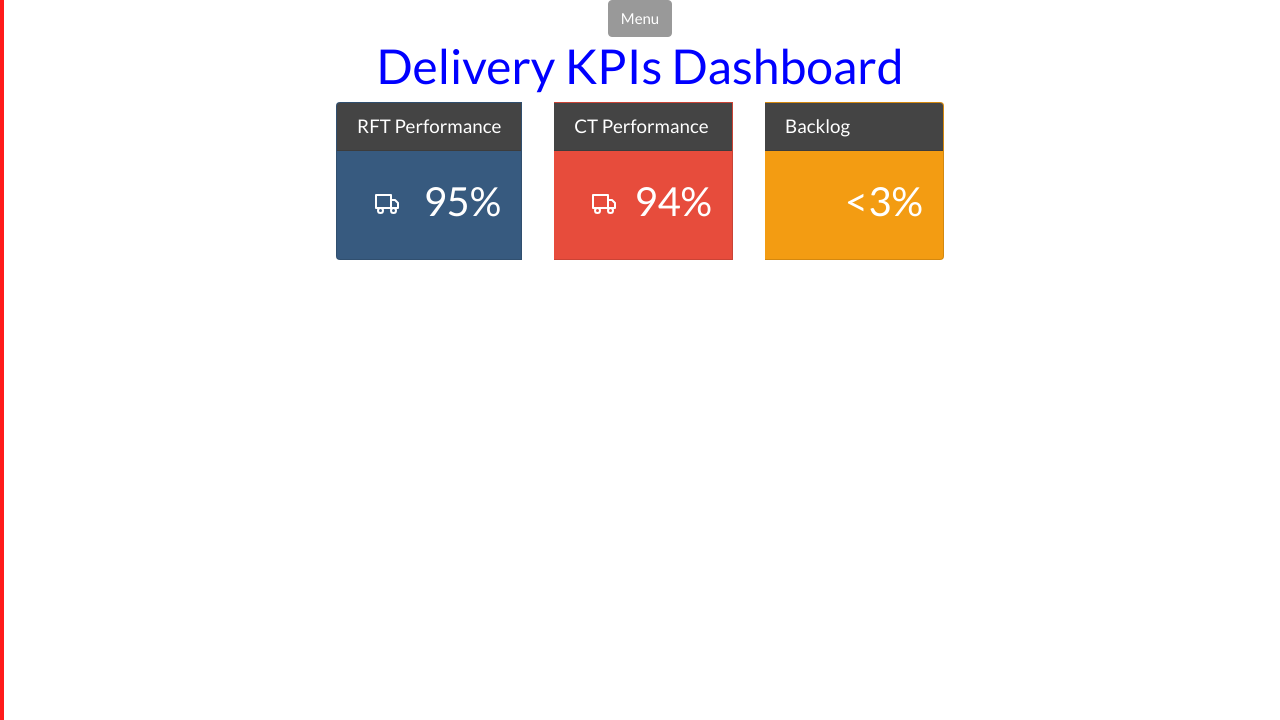
Repository: valenovi76/Delivery-Dashboard
Page: Index.html
The author's editor kept a record of every edit. The page is drawn from the files as they stood at one moment, then again after the next edit.
The browser window is 1280 px wide. The pictures show the whole page.
Some icons come from a web library that is not loaded, so they are not drawn. Some web libraries are served in a nearby version.

Above is the page before.
Console error: TypeError: Cannot read properties of null (reading 'textContent')

### Index.html
<!DOCTYPE html>
<html lang="en">
<head>
    <meta charset="UTF-8">
    <meta name="viewport" content="width=device-width, initial-scale=1.0">
    <meta http-equiv="X-UA-Compatible" content="ie=edge">

    <link rel="stylesheet" href="static/css/bootstrap.min.css" type="text/css" />
    <link rel="stylesheet" href="static/css/dc.min.css" type="text/css" />
    <link href="vendor/fontawesome-free/css/all.min.css" rel="stylesheet" type="text/css">
    <script type="text/javascript" src="static/js/d3.min.js"></script>
    <script type="text/javascript" src="static/js/crossfilter.min.js"></script>
    <script type="text/javascript" src="static/js/dc.min.js"></script>
    <script type="text/javascript" src="static/js/queue.min.js"></script>
    <script type="text/javascript" src="static/js/graphs.js"></script>
    <script src="https://ajax.googleapis.com/ajax/libs/jquery/1.11.3/jquery.min.js"></script>
    <script src="http://maxcdn.bootstrapcdn.com/bootstrap/3.3.4/js/bootstrap.min.js"></script>
    <link rel="stylesheet" href="static/css/style.css" type="text/css" />
    <title>Daily Delivery Dashboard</title>

</head>
<body>

    <div id="wrapper">

        <!-- Sidebar -->
        <div id="sidebar-wrapper">
            <ul class="sidebar-nav">
                <li><a href="#">RFT Performance</a></li>
                <li><a href="#">CT Performance</a></li>
                <li><a href="#">Backlog</a></li>
                <li><a href="#">Data Tables Downloads</a></li>
            </ul>
        </div>

        <!-- Page content -->
        <div id="page-content-wrapper bg-white">
            <div class="container-fluid">
                <div class="header text-center">

                    <a href="#" class="btn btn-light" id="menu-toggle">Menu</a>
                    <h1>Delivery KPIs Dashboard</h1>
                </div>
                <div class="row">
                    <div class="col-lg-12">


                            <div class="row">

                              <div class="card-group mx-auto">
                                    <div class="card flex-fill bg-primary text-white mx-3">
                											<div class="card-header">
                												<h5 class="card-title text-white mb-0">RFT Performance</h5>
                											</div>
                    											<div class="card-body py-3">
                    												<div class="row no-gutters">
                    													<div class="col-4 align-self-center text-left">
                    														<div class="icon icon-primary">
                    															<svg xmlns="http://www.w3.org/2000/svg" width="24" height="24" viewBox="0 0 24 24" fill="none" stroke="currentColor" stroke-width="2" stroke-linecap="round" stroke-linejoin="round" class="feather feather-truck align-middle"><rect x="1" y="3" width="15" height="13"></rect><polygon points="16 8 20 8 23 11 23 16 16 16 16 8"></polygon><circle cx="5.5" cy="18.5" r="2.5"></circle><circle cx="18.5" cy="18.5" r="2.5"></circle></svg>
                    														</div>
                    													</div>
                    													<div class="col-8 align-self-center text-right">

                    														<h2 class="text-white">95%</h2>
                    													</div>
                    												</div>
                    											</div>
                    										</div>
                                    <div class="card flex-fill bg-danger text-white mx-3">
                											<div class="card-header">
                												<h5 class="card-title text-white mb-0">CT Performance</h5>
                											</div>
                    											<div class="card-body py-3">
                    												<div class="row no-gutters">
                    													<div class="col-4 align-self-center text-left">
                    														<div class="icon icon-primary">
                    															<svg xmlns="http://www.w3.org/2000/svg" width="24" height="24" viewBox="0 0 24 24" fill="none" stroke="currentColor" stroke-width="2" stroke-linecap="round" stroke-linejoin="round" class="feather feather-truck align-middle"><rect x="1" y="3" width="15" height="13"></rect><polygon points="16 8 20 8 23 11 23 16 16 16 16 8"></polygon><circle cx="5.5" cy="18.5" r="2.5"></circle><circle cx="18.5" cy="18.5" r="2.5"></circle></svg>
                    														</div>
                    													</div>
                    													<div class="col-8 align-self-center text-right">
                    														<h2 class="text-white">94%</h2>
                    													</div>
                    												</div>
                    											</div>
                    										</div>
                                    <div class="card flex-fill bg-warning text-white mx-3">
                											<div class="card-header">
                												<h5 class="card-title text-white mb-0">Backlog</h5>
                											</div>
                    											<div class="card-body py-3">
                    												<div class="row no-gutters">
                    													<div class="col-4 align-self-center text-left">
                    														<div class="icon icon-primary">
                    														    <i class="far fa-check-square"></i>
                    														</div>
                    													</div>
                    													<div class="col-8 align-self-center text-right">
                    														<h2 class="text-white"> <3% </h2>
                    													</div>
                    												</div>
                    											</div>
                    										</div
                              </div>
                            </div>
                    </div>
                </div>
            </div>
        </div>

    </div>

    <!-- Menu toggle script -->
    <script>
        $("#menu-toggle").click( function (e){
            e.preventDefault();
            $("#wrapper").toggleClass("menuDisplayed");
        });
    </script>

</body>
</html>

### static/js/graphs.js
//load data
queue()
.defer(d3.csv, "/data/orders.csv")
.await(makeGraphs);


// Make graphs function
function makeGraphs(error, orderData) {

    var ndx = crossfilter(orderData);


orderData.forEach(function(d){
d.CT_Ex_Delayed_Days=parseInt(d.CT_Ex_Delayed_Days)})




    show_wip_group_selector(ndx);
    show_product_selector(ndx);
    show_project_selector(ndx);
    show_created(ndx);
    show_completed(ndx);
    show_order_order_type(ndx);
    show_ct_avg(ndx);
    show_SLT_perf(ndx);
    show_ontime_late(ndx);
    show_percent_RFT_OnTime(ndx);
    show_percent_CT_Pass(ndx);
    show_monthly_delivery(ndx);



    dc.renderAll();
}


//Selector js
function show_wip_group_selector(ndx){
    var dim = ndx.dimension(dc.pluck('Channel'));
    var group = dim.group();
    var select = dc.selectMenu("#wip_group_selector")
        .dimension(dim)
        .group(group);

}
function show_product_selector(ndx){
    var dim = ndx.dimension(dc.pluck('Product'));
    var group = dim.group();
    var select = dc.selectMenu("#product_selector")
        .dimension(dim)
        .group(group);

}
function show_project_selector(ndx){
    var dim=ndx.dimension(dc.pluck('Project'));
    var group= dim.group();
    var select = dc.selectMenu("#project_selector")
        .dimension(dim)
        .group(group);

}

// KPIS values -RFT %

function show_percent_RFT_OnTime(ndx) {
    var percentageThatAreOnTime = ndx.groupAll().reduce(
        function(p, v) {
            p.total++;
                if(v.On_Time === "On-Time") {
                    p.match++;
                }
                return p;
            },
            function (p, v) {
                p.total--;
                if(v.On_Time === "On-Time") {
                    p.match--;
                }
                return p;
            },
            function () {
                return {total: 0, match: 0};
            }
    );

    dc.numberDisplay("#RFTPerc")
        .formatNumber(d3.format(".1%"))
        .valueAccessor(function (d) {
            if (d.count == 0) {
                return 0;
            } else {
                return ( d.match/d.total );
            }
        })
        .group(percentageThatAreOnTime)
}

// KPIS values - CT %

function show_percent_CT_Pass(ndx) {
    var percentageThatArePassed = ndx.groupAll().reduce(
        function(p, v) {
            p.total++;
                if(v.SLT_Status === "Pass") {
                    p.match++;
                }
                return p;
            },
            function (p, v) {
                p.total--;
                if(v.SLT_Status === "Pass") {
                    p.match--;
                }
                return p;
            },
            function () {
                return {total: 0, match: 0};
            }
    );

    dc.numberDisplay("#CTPerc")
        .formatNumber(d3.format(".1%"))
        .valueAccessor(function (d) {
            if (d.count == 0) {
                return 0;
            } else {
                return ( d.match/d.total );
            }
        })
        .group(percentageThatArePassed)
}

//KPIS values - Monthly deliveries
function show_monthly_delivery(ndx){
    var avgMonthlyDeliveries = ndx.groupAll().reduce(
        function(p, v) {
            p.total++;
                if(v.Order_Status === "Completed") {
                    p.match++;
                }
                return p;
            },
            function (p, v) {
                p.total--;
                if(v.Order_Status === "Completed") {
                    p.match--;
                }
                return p;
            },
            function () {
                return {total: 0, match: 0};
            }
    );

    dc.numberDisplay("#avg_monthly_delivery")
        .formatNumber(d3.format(".1f"))
        .valueAccessor(function (d) {
            if (d.total == 0) {
                return 0;
            } else {
                return ( d.match/6 );
            }
        })
        .group(avgMonthlyDeliveries)
}


//created line js
function show_created(ndx) {
var dim = ndx.dimension(dc.pluck('Created_Month'));
var group =dim.group();

dc.lineChart("#created")
.width(400)
.height(300)
.margins({top: 30, right: 40, bottom: 50, left: 50})
.dimension(dim)
.group(group)
.transitionDuration(500)
.x(d3.scale.ordinal())
.xUnits(dc.units.ordinal)
.elasticY(true)
.xAxisLabel("FY 2019-2020 Month")
.yAxis().ticks(20);
 }

//completed line js
function show_completed(ndx) {
var dim = ndx.dimension(dc.pluck('Completed_Month'));
var group = dim.group();

dc.lineChart("#completed")

.width(400)
.height(300)
.margins({top: 30, right: 40, bottom: 50, left: 50})
.dimension(dim)
.group(group)
.transitionDuration(500)
.x(d3.scale.ordinal())
.xUnits(dc.units.ordinal)
.elasticY(true)
.xAxisLabel("FY 2019-2020 Month")
.yAxis().ticks(20);
 }

//WIP pie js
function show_order_order_type(ndx) {
    var dim = ndx.dimension(dc.pluck('Order_Type'));
    var group = dim.group();


    dc.pieChart("#order_type")

        .width(400)
        .height(300)
        .slicesCap(4)
        .innerRadius(100)
        .dimension(dim)
        .group(group)
        .legend(dc.legend())

}
//CT Avg line js
function show_ct_avg(ndx){
var dim = ndx.dimension(dc.pluck("Completed_Month"));

function add_item(p,v){
p.count ++;
p.total += v.CT_Ex_Delayed_Days;
p.average = p.total/p.count;
return p;
}
function remove_item(p,v){
p.count--;
if(p.count==0){
p.total=0;
p.average=0;}else{
p.total -= v.CT_Ex_Delayed_Days;
p.average = p.total/p.count;
}
return p;
}
function initialise(){
    return{count:0, total:0, average:0};
}


var group= dim.group().reduce(add_item,remove_item,initialise);


dc.lineChart("#ct_avg")
.width(400)
.height(300)
.margins({top: 10, right: 50, bottom: 30, left: 50})
.dimension(dim)
.group(group)
.valueAccessor(function(d){
return d.value.average})
.transitionDuration(500)
.x(d3.scale.ordinal())
.xUnits(dc.units.ordinal)
.elasticY(true)
.xAxisLabel("FY 2019-2020 Month")
.yAxis().ticks(20);

}
//CT perf js
function show_SLT_perf(ndx){

    function SLTPerfByMonth(dimension, SLT_Status) {
        return dimension.group().reduce(
            function (p, v) {
                p.total++;
                if(v.SLT_Status == SLT_Status) {
                    p.match++;
                }
                return p;
            },
            function (p, v) {
                p.total--;
                if(v.SLT_Status == SLT_Status) {
                    p.match--;
                }
                return p;
            },
            function () {
                return {total: 0, match: 0};
            }
        );
    }

    var dim = ndx.dimension(dc.pluck("Completed_Month"));
    var PassByMonth = SLTPerfByMonth(dim, "Pass");
    var FailByMonth = SLTPerfByMonth(dim, "Fail");

    dc.barChart("#ct_perf")
        .width(400)
        .height(300)
        .dimension(dim)
        .group(PassByMonth, "Pass")
        .stack(FailByMonth, "Fail")
        .valueAccessor(function(d) {
            if(d.value.total > 0) {
                return (d.value.match / d.value.total) * 100;
            } else {
                return 0;
            }
        })
        .x(d3.scale.ordinal())
        .xUnits(dc.units.ordinal)
        .legend(dc.legend().x(320).y(20).itemHeight(15).gap(5))
        .margins({top: 10, right: 100, bottom: 30, left: 30});
}

  //On time vs Late stacked-bars graph

   function show_ontime_late(ndx) {

    function RFTPerfByMonth(dimension, On_Time) {
        return dimension.group().reduce(
            function (p, v) {
                p.total++;
                if(v.On_Time == On_Time) {
                    p.match++;
                }
                return p;
            },
            function (p, v) {
                p.total--;
                if(v.On_Time == On_Time) {
                    p.match--;
                }
                return p;
            },
            function () {
                return {total: 0, match: 0};
            }
        );
    }

    var dim = ndx.dimension(dc.pluck("Completed_Month"));
    var OnTimeByMonth = RFTPerfByMonth(dim, "On-Time");
    var LateByMonth = RFTPerfByMonth(dim, "Late");

    dc.barChart("#ontime_perf")
        .width(400)
        .height(300)
        .dimension(dim)
        .group(OnTimeByMonth, "On-Time")
        .stack(LateByMonth, "Late")
        .valueAccessor(function(d) {
            if(d.value.total > 0) {
                return (d.value.match / d.value.total) * 100;
            } else {
                return 0;
            }
        })
        .x(d3.scale.ordinal())
        .xUnits(dc.units.ordinal)
        .legend(dc.legend().x(320).y(20).itemHeight(15).gap(5))
        .margins({top: 10, right: 100, bottom: 30, left: 30});
   }

### static/css/style.css
/*Body*/
.page-content-wrapper{
    background-color: white;
}

/*Header*/

.kpis{
    margin-bottom: 20px;
    margin-top: 20px;
}

h1{
    color:blue;
    text-align: center;
}

.page-header{
    margin:20px;
}
/* Sidebar */
#sidebar-wrapper {
    z-index: 1;
    position: absolute;
    width: 0;
    height: 100%;
    overflow-y: hidden;
    background: #2C3E50;
    border: 2px solid red;
    opacity: 0.9;
}

/* Always take up entire screen */
#page-content-wrapper {
    width: 100%;
    position: absolute;
    padding: 15px;
    border: 5px solid blue;
}


/* Change with of sidebar from 0 to 250px */
#wrapper.menuDisplayed #sidebar-wrapper {
    width: 250px;
}

/* Since we added left padding, we need to shrink the width by 250px */
#wrapper.menuDisplayed #page-content-wrapper {
    padding-left: 250px;
}


/* Sidebar styling - the entire ul list */
.sidebar-nav {
    padding: 0;
    list-style: none;
}

.sidebar-nav li {
    text-indent: 20px;
    line-height: 40px;
}

.sidebar-nav li a {
    display: block;
    text-decoration: none;
    color: #ddd;
}

.sidebar-nav li a:hover {
    background: #16A085;
}

/*Header*/

/*Cards style*/
.card{
    display:block;
}

.icon {
    width: 60px !important;
    height: 60px !important;
    line-height: 52px;
    text-align: center;
    font-size: 2rem;
    margin: .5rem 0;
}

Loaded but not shown: static/css/bootstrap.min.css (library); static/css/dc.min.css (library); static/js/d3.min.js (library); static/js/crossfilter.min.js (library); static/js/dc.min.js (library); static/js/queue.min.js (common file)

After the next edit:
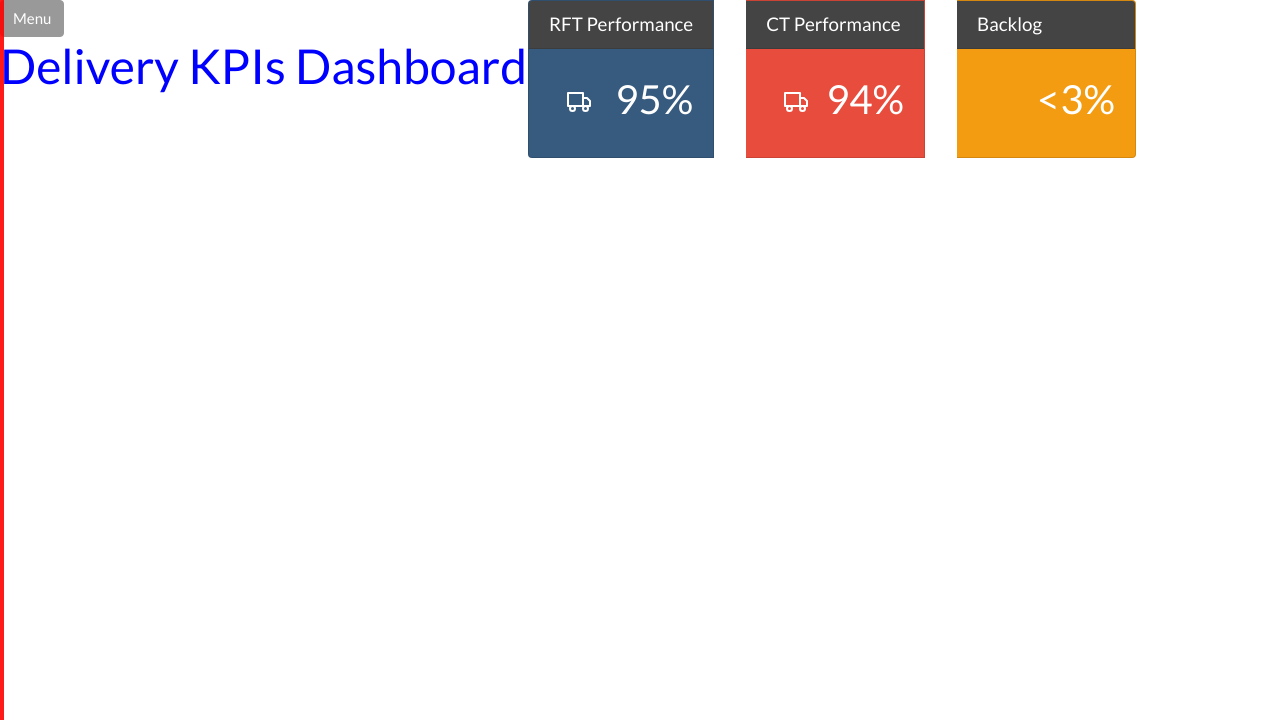
The edit:
--- a/Index.html
+++ b/Index.html
@@ -36,7 +36,8 @@
         <!-- Page content -->
         <div id="page-content-wrapper bg-white">
             <div class="container-fluid">
-                <div class="header text-center">
+                <div class="row">
+                <div class="header ">
 
                     <a href="#" class="btn btn-light" id="menu-toggle">Menu</a>
                     <h1>Delivery KPIs Dashboard</h1>
